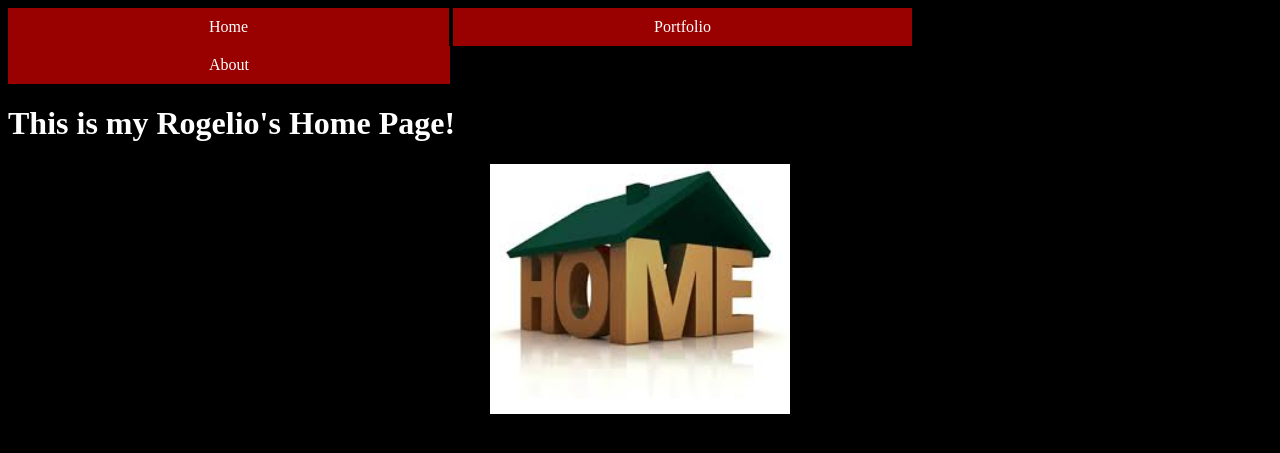
Repository: ralcocer1890/ralcocer1890.github.io
Page: my_website/index.html
The author's editor kept a record of every edit. The page is drawn from the files as they stood at one moment, then again after the next edit.
The browser window is 1280 px wide. The pictures show the whole page.

Above is the page before.

After the next edit:
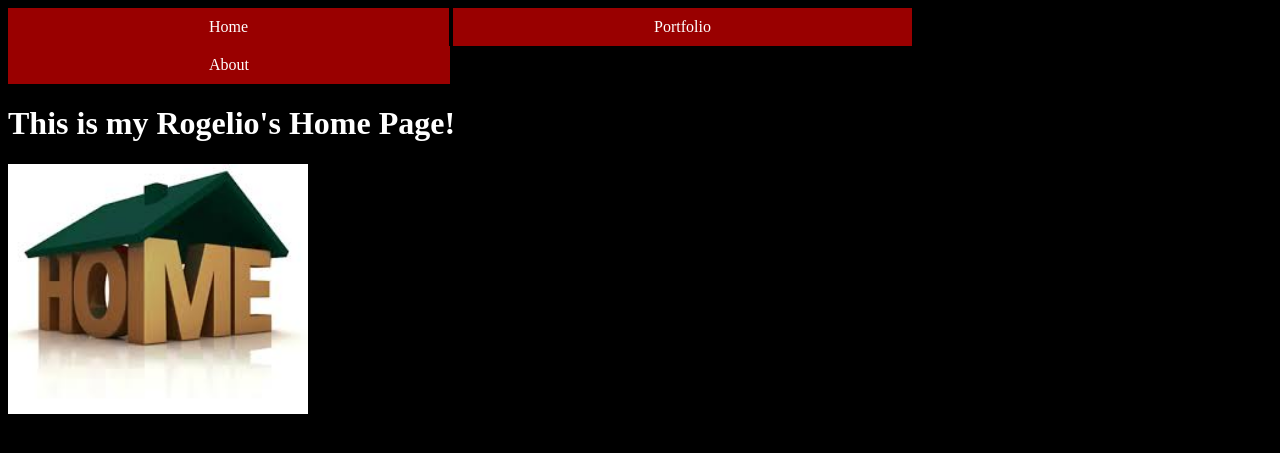
The edit:
--- a/my_website/index.html
+++ b/my_website/index.html
@@ -29,11 +29,6 @@
   text-decoration: none;
   display: inline-block;
 }
-img {
-  display: block;
-  margin-left: auto;
-  margin-right: auto;
-}
 
 a:hover, a:active {
   background-color: black;

After the 2 edits that followed:
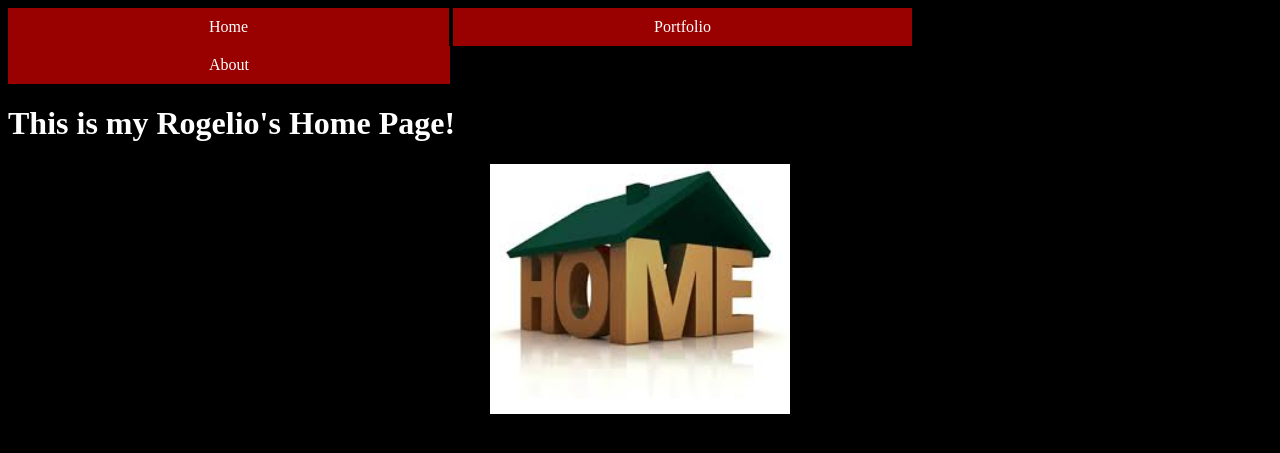
The 2 edits are shown as one change because 1 left the picture as it was.
The edit:
--- a/my_website/index.html
+++ b/my_website/index.html
@@ -33,7 +33,14 @@
 a:hover, a:active {
   background-color: black;
 }
+
+img {
+  display: block;
+  margin-left: auto;
+  margin-right: auto;
+}
 </style>
+
 </head>
 <body>
 
